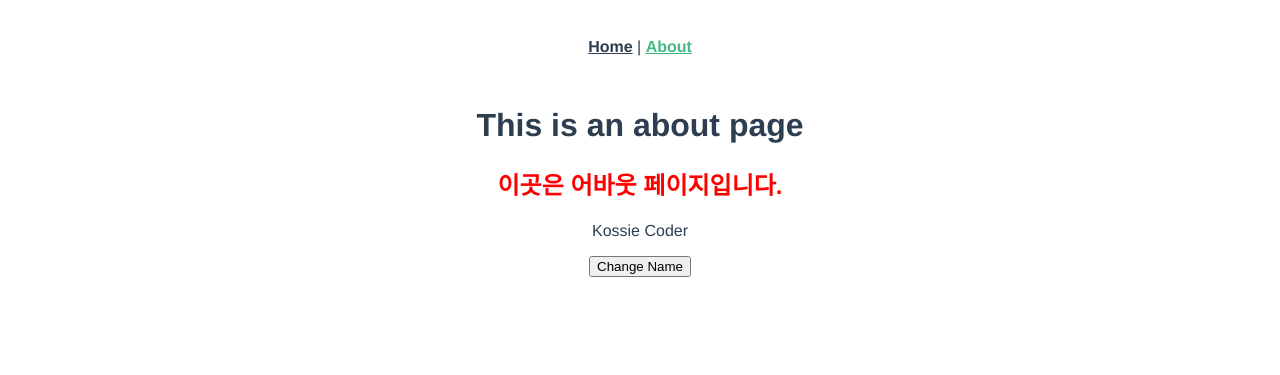
Repository: RyuGeunHwan/code_J
Page: /about (app in vue-props/)
The author's editor kept a copy of each file at every save. The page is drawn from the files as they stood at one save, then again after the next save.
The browser window is 1280 px wide. The pictures show the whole page.
The project was rebuilt for these pictures with package versions that can differ from the ones it lists, and the page was loaded fresh each time. Also part of the build but not shown: vue-props/src/views/Home.vue.

Above is the page before, as saved 2022-08-12 08:15:39.

### vue-props/src/views/About.vue
<template>
  <div class="about">
    <h1>This is an about page</h1>
    <h2>이곳은 어바웃 페이지입니다.</h2>
    <KossieCoder/>
  </div>
</template>

<script>
import KossieCoder from '@/components/KossieCoder.vue';

export default {
  components:{
    KossieCoder
  }
}
</script>

<style scoped>
h2{
  color : red
}
</style>

### vue-props/src/components/KossieCoder.vue
<template>
    <div>
        <h1>{{title}}</h1>
        <p>{{  name  }}</p>
        <button @click="updateName">Change Name</button>
    </div>
</template>

<script>
export default {
    props: ['title'],
    data(){
        return{
            name : 'Kossie Coder'
        }
    },
    methods: {
        updateName(){
            this.name = 'Kossie Coder Updated'
        }
    }

}
</script>

<style scoped>

</style>

Loaded but not shown: vue-props/public/index.html (common file); vue-props/src/main.js (common file); vue-props/src/App.vue (common file); vue-props/src/router/index.js (common file); vue-props/src/store/index.js (common file)

After the next save:
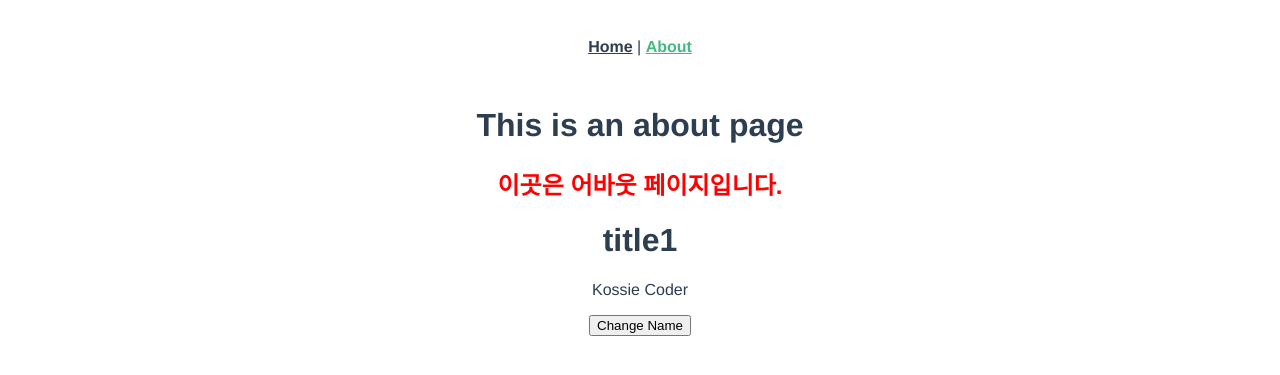
Saved 73 s later.
--- a/vue-props/src/views/About.vue
+++ b/vue-props/src/views/About.vue
@@ -2,7 +2,7 @@
   <div class="about">
     <h1>This is an about page</h1>
     <h2>이곳은 어바웃 페이지입니다.</h2>
-    <KossieCoder/>
+    <KossieCoder title="title1"/>
   </div>
 </template>
 
